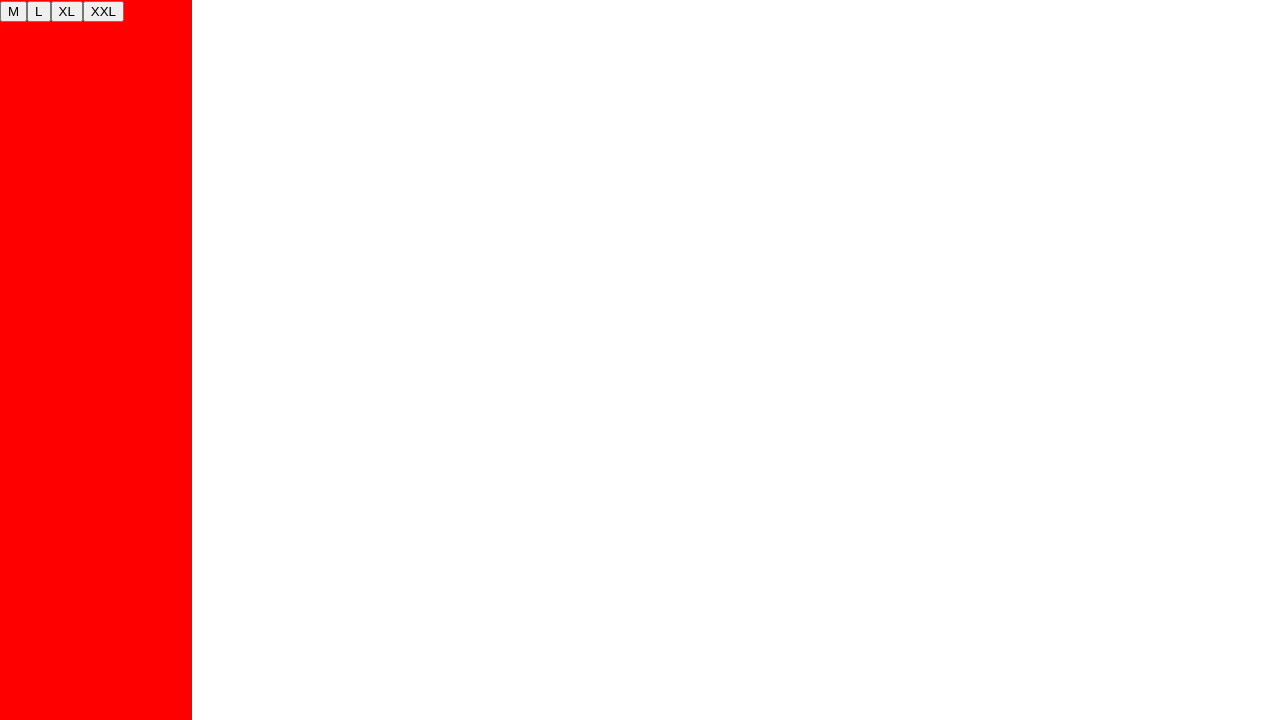
Repository: 0584386177/GiuaKyReactJs
Page: /
These files come from the project's save history. The page is drawn as it stood at one moment and after a run of saves; the edit follows.
The browser window is 1280 px wide. The pictures show the whole page.
The page's requests for data from a server got no answer. The project was rebuilt for these pictures with package versions that can differ from the ones it lists, and the page was loaded fresh each time. No one was signed in, and anything a server would have sent is missing.

Above is the page before, as saved 2023-10-16 14:42:16.

After the next 2 saves:
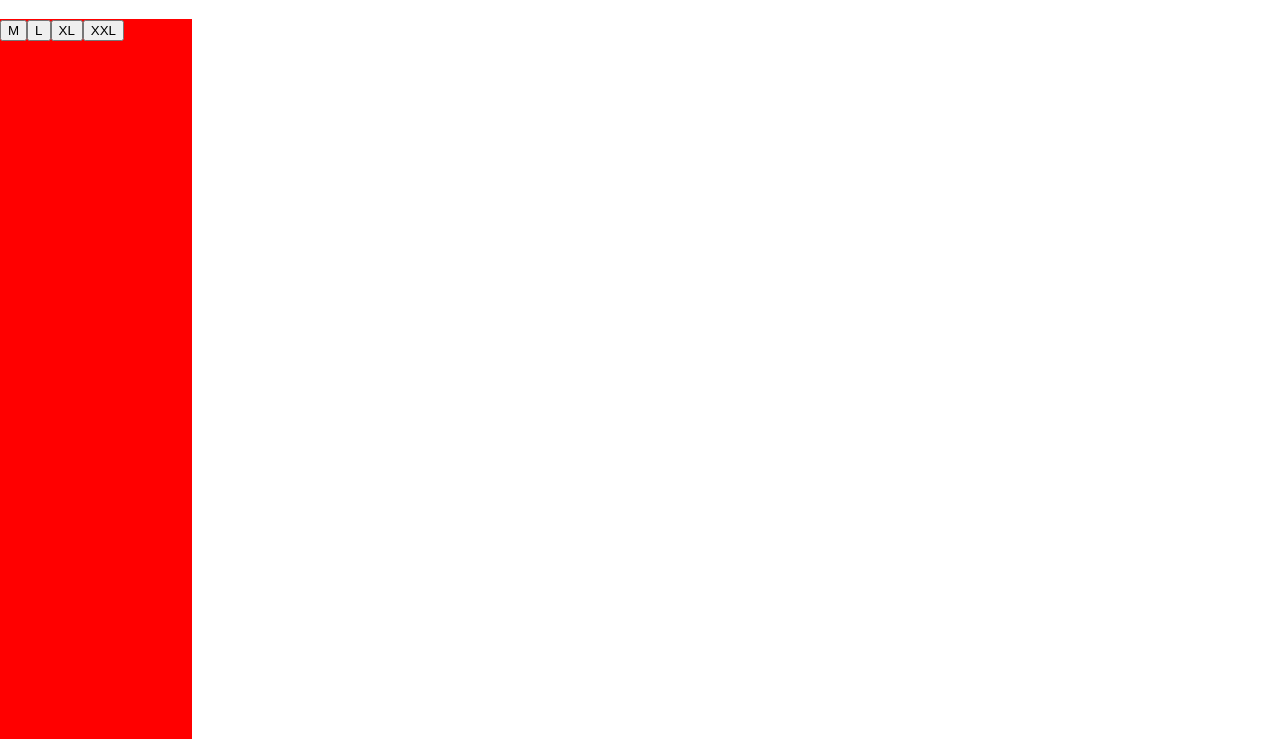
The 2 saves are shown as one change because they came seconds apart.
The last was saved 40 s later.
--- a/src/components/Sizes.jsx
+++ b/src/components/Sizes.jsx
@@ -9,6 +9,7 @@ const Sizes = () => {
 
     return (
         <SizesWrapper>
+            <h3></h3>
             <button>M</button>
             <button>L</button>
             <button>XL</button>
